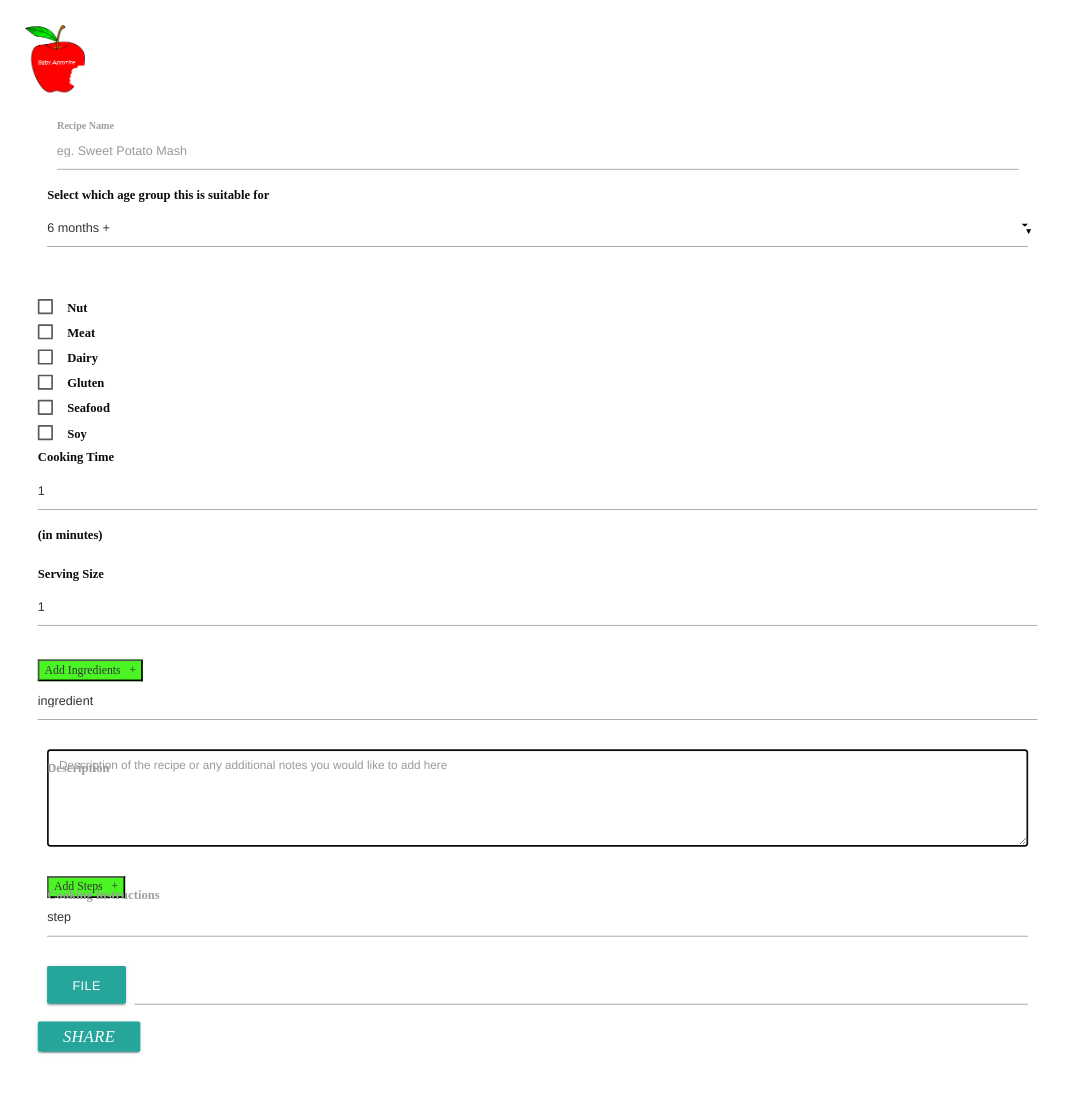
Repository: blueag8/babyappytite
Page: http://localhost/addrecipe
The author's editor kept a record of every edit. The page is drawn from the files as they stood at one moment, then again after the next edit.
The browser window is 1280 px wide. The pictures show the whole page, at 84% of full size.
Some web fonts or font styles are not loaded; a fallback is used. Some web libraries are served in a nearby version. The page is served by the project's application, run on Flask 3 (app.py). Queries for data that is not in the repository find no rows.

Above is the page before.

After the next edit:
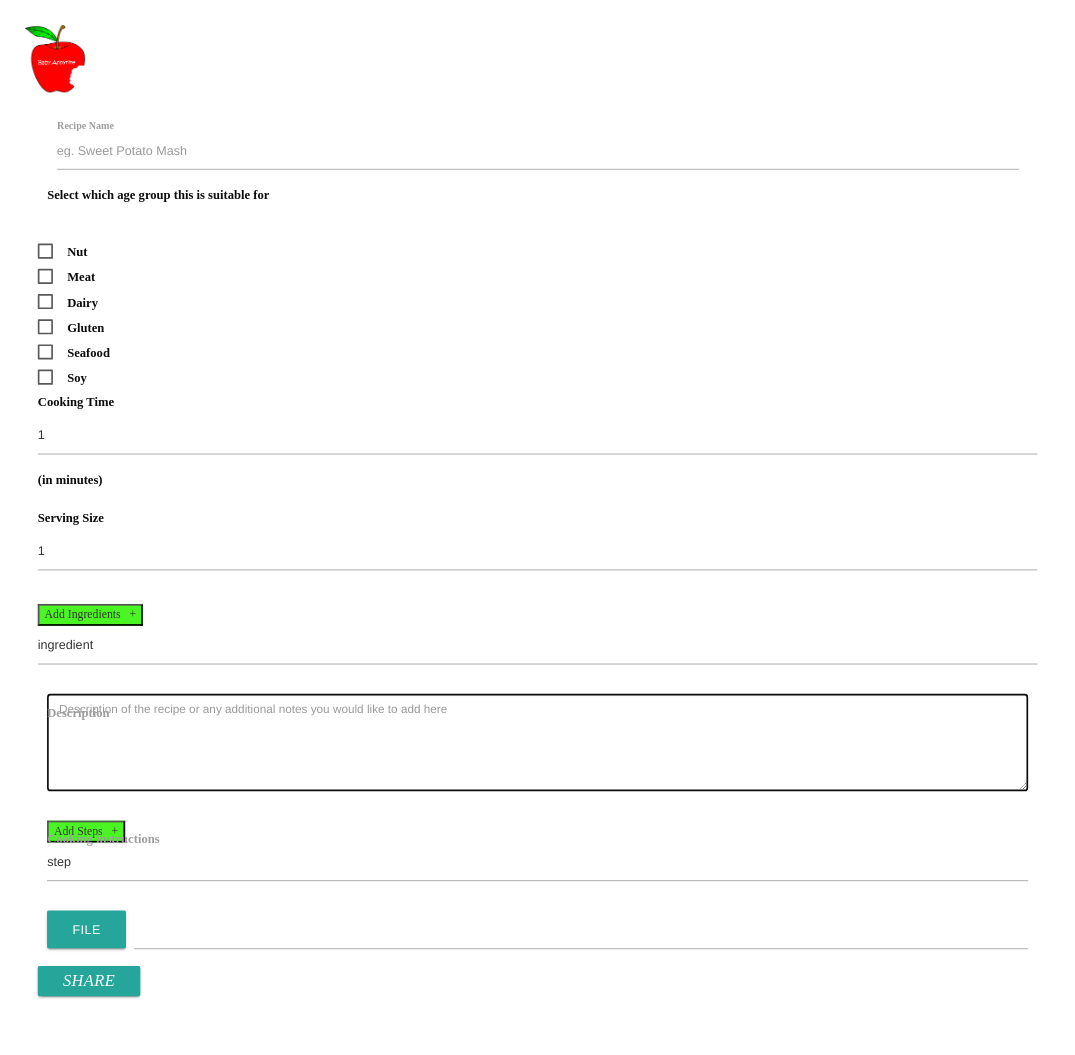
Console error: SyntaxError: Unexpected token '<'
The edit:
--- a/templates/base.html
+++ b/templates/base.html
@@ -75,8 +75,8 @@
     });
 
 });
-
-$(document).ready(function() {
+<script>
+    $(document).ready(function() {
     $('select').material_select();
   });
 

After the 4 edits that followed:
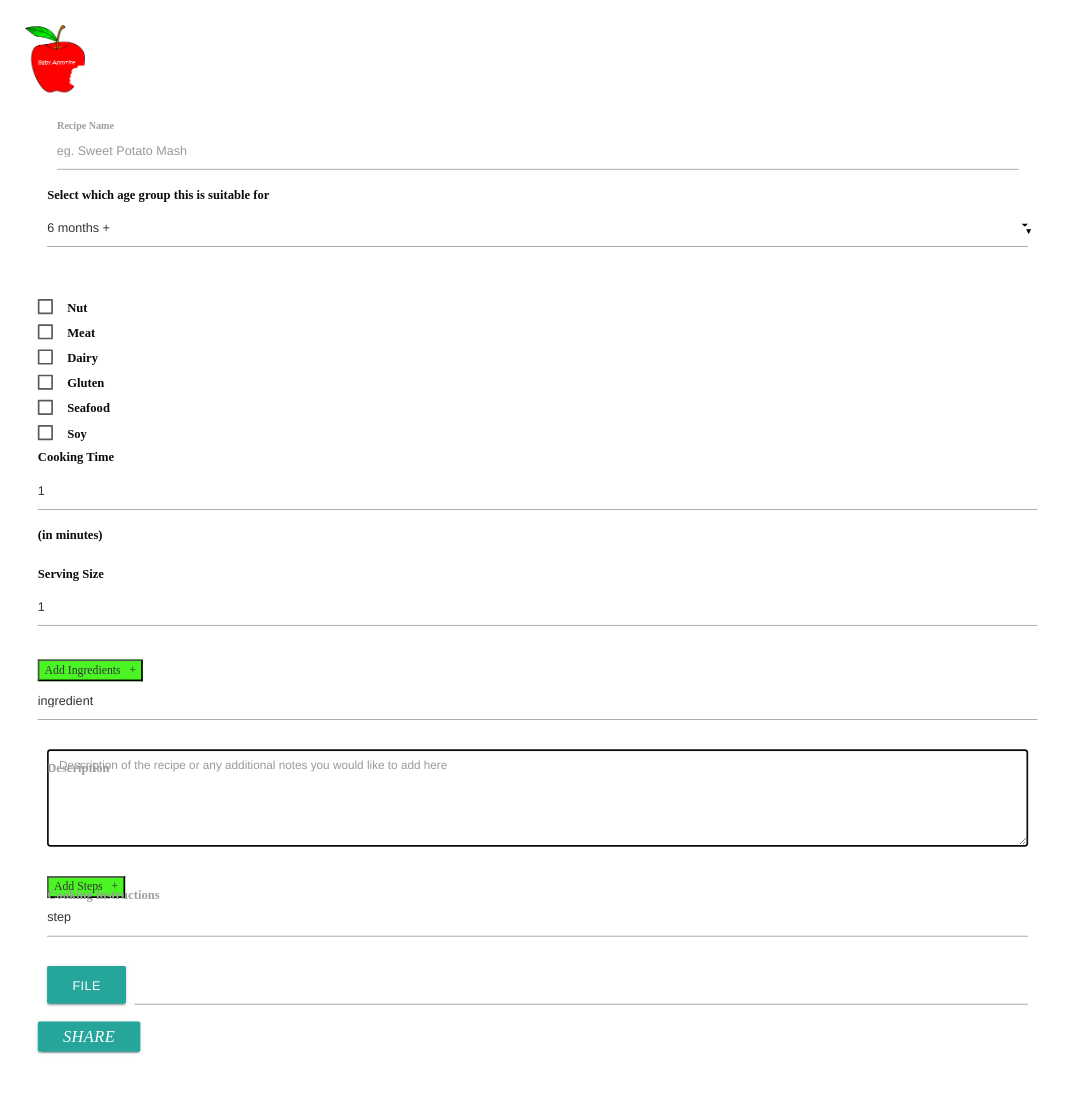
The 4 edits are shown as one change because 3 left the picture as it was.
The edit:
--- a/templates/base.html
+++ b/templates/base.html
@@ -53,7 +53,7 @@
         x--;
     });
 
-});
+ <script type="text/javascript">
  $(document).ready(function() {
     var max_fields = 10;
     var wrapper = $(".container2");
@@ -74,13 +74,11 @@
         x--;
     });
 
-});
-<script>
+      </script>
+  <script type="text/javascript">
     $(document).ready(function() {
     $('select').material_select();
   });
-
-
     </script>
 </body>
 
